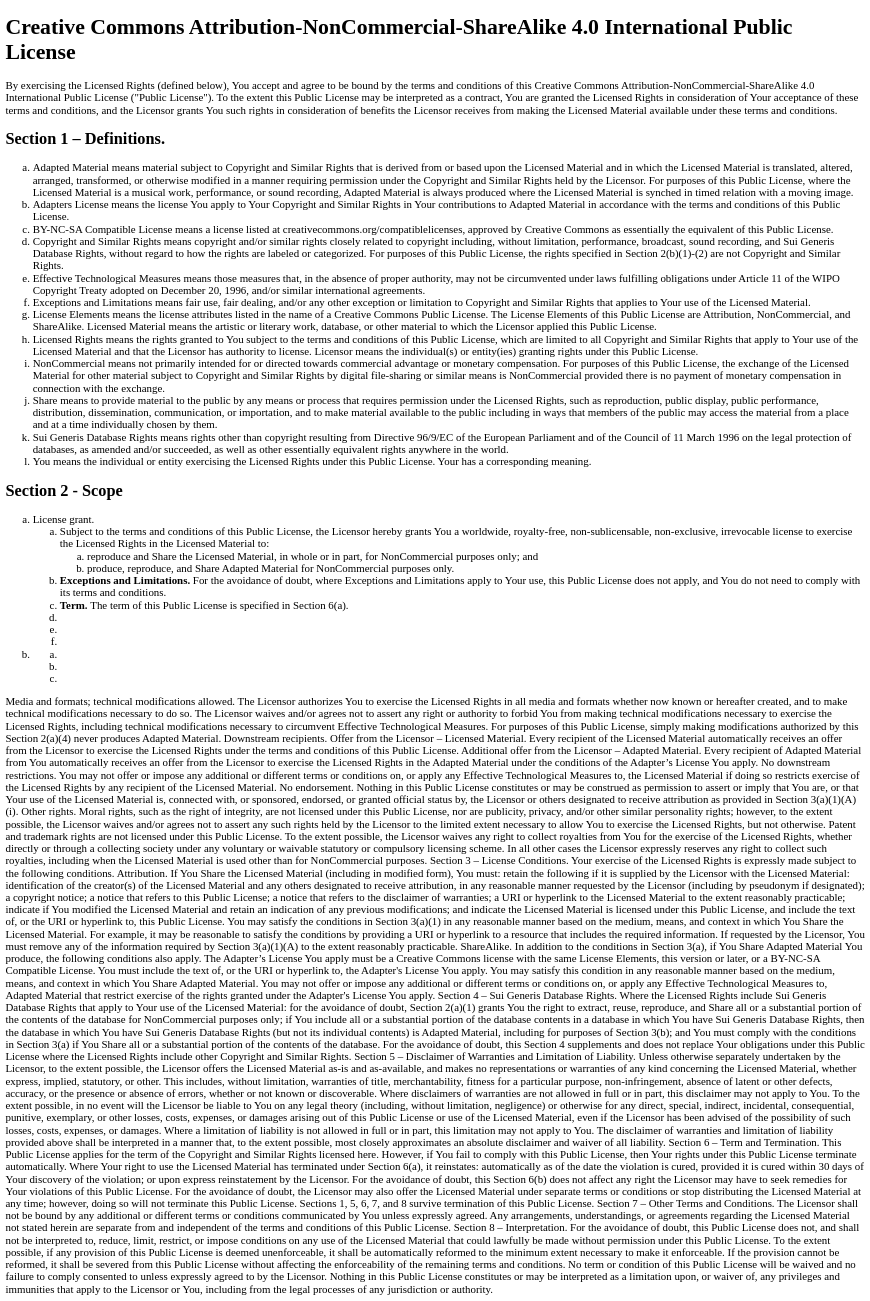
Repository: Team-Ikigami/Ascendance
Page: LICENSE-CC BY-NC-SA.html
The author's editor kept a copy of each file at every save. The page is drawn from the files as they stood at one save, then again after the next save.
The browser window is 1280 px wide. The pictures show the whole page, at 68% of full size.

Above is the page before, as saved 2021-12-12 01:15:13.

After the next save:
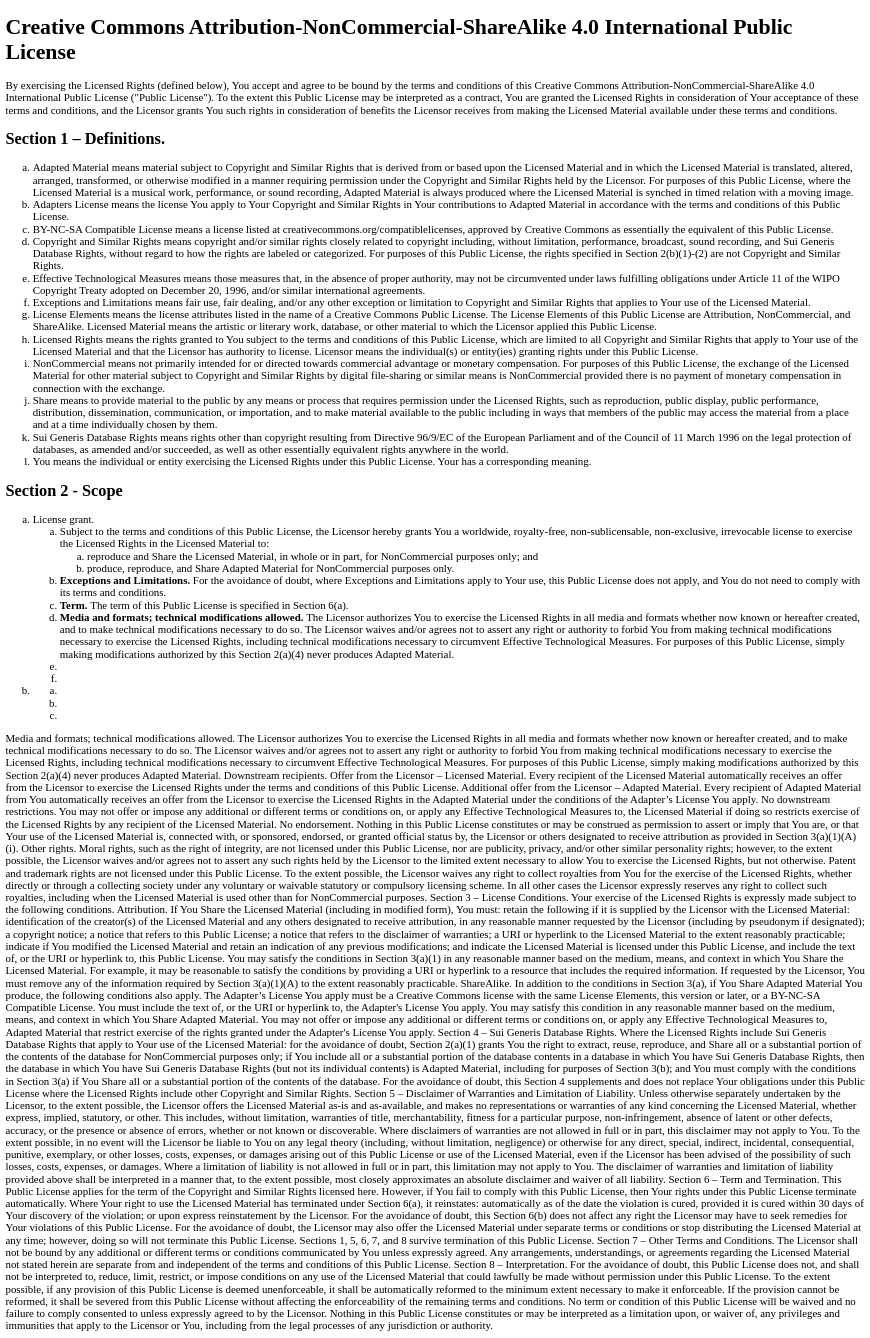
Saved 81 s later.
--- a/LICENSE-CC BY-NC-SA.html
+++ b/LICENSE-CC BY-NC-SA.html
@@ -79,7 +79,12 @@
 					</b>
 					The term of this Public License is specified in Section 6(a).
 				</li>
-				<li></li>
+				<li>
+					<b>
+						Media and formats; technical modifications allowed.
+					</b>
+					The Licensor authorizes You to exercise the Licensed Rights in all media and formats whether now known or hereafter created, and to make technical modifications necessary to do so. The Licensor waives and/or agrees not to assert any right or authority to forbid You from making technical modifications necessary to exercise the Licensed Rights, including technical modifications necessary to circumvent Effective Technological Measures. For purposes of this Public License, simply making modifications authorized by this Section 2(a)(4) never produces Adapted Material.
+				</li>
 				<li></li>
 				<li></li>
 			</ol>
